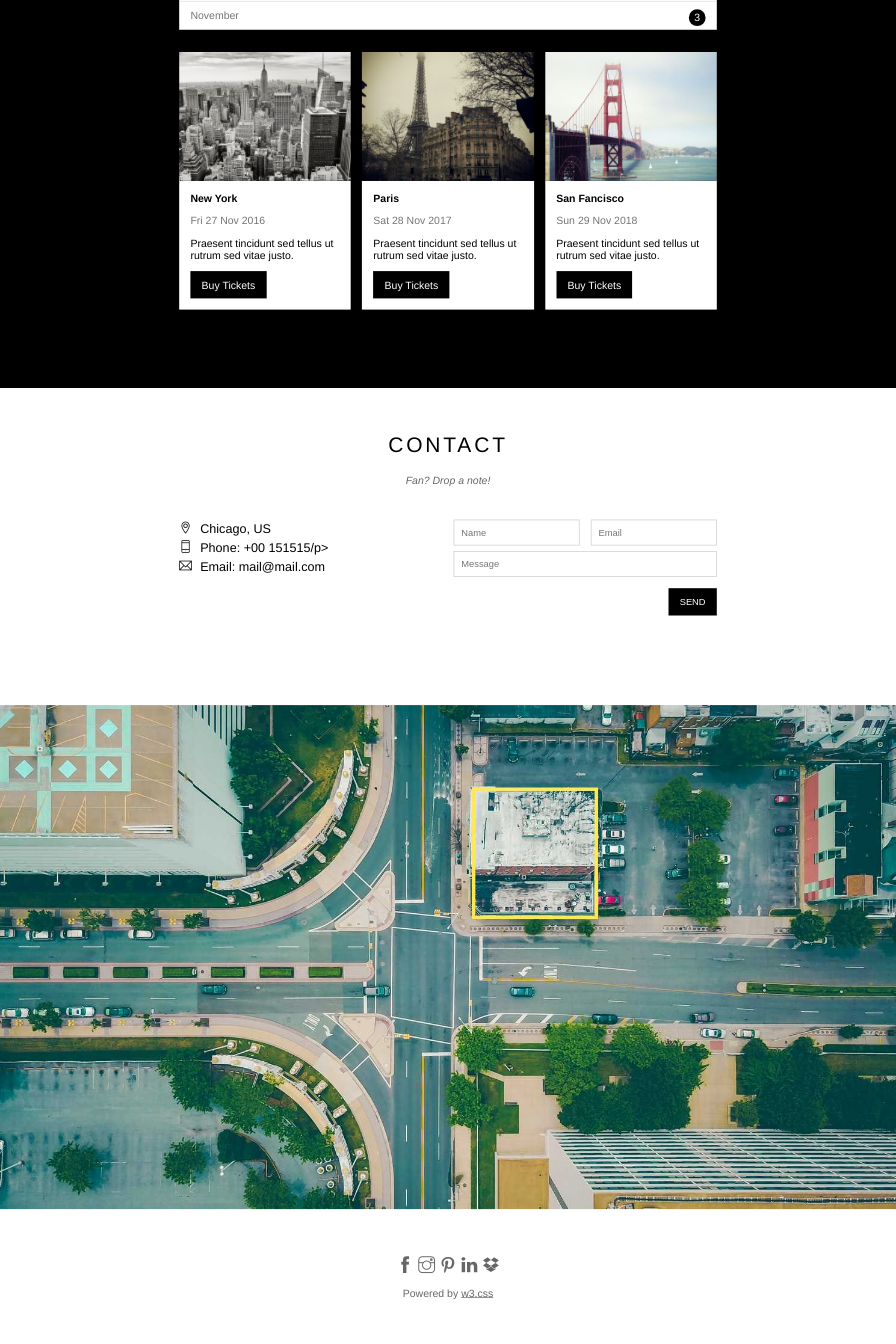
Repository: ThinhTran2k/BigBang-Band-Website
Page: index.html
These files come from the project's save history. The page is drawn as it stood at one moment and after the next save; the edit follows.
The browser window is 1280 px wide. The pictures show the part of the page from y = 1725 to 3645 px (the page is 3645 px tall before and 3621 px after), at 70% of full size.

Above is the page before, as saved 2021-03-16 18:30:54.
Console error: TypeError: Cannot set properties of undefined (setting 'onclick')

### index.html
<!DOCTYPE html>
<html lang="en">
<head>
    <meta charset="UTF-8">
    <meta http-equiv="X-UA-Compatible" content="IE=edge">
    <meta name="viewport" content="width=device-width, initial-scale=1.0">
    <title>Brand</title>
    <link rel="icon" href="asset/img/favicon.png" type="image/x-icon" />
    <link rel="stylesheet" href="./asset/css/style.css">
    <link rel="stylesheet" href="./asset/css/responsive.css">
    <link rel="stylesheet" href="./asset/font/themify-icons/themify-icons.css">
</head>
<body>
    <div class="wrapper">
        <div class="header">
            <!-- Navigation -->
            <ul class="nav row-block">
                <li><a href="#">Home</a></li>
                <li><a href="#band">Band</a></li>
                <li><a href="#tour">Tour</a></li>
                <li><a href="#contact">Contact</a></li>
                <li>
                    <a href="#">
                        More
                        <i class="nav-arrow-icon ti-angle-down"></i>
                    </a>
                    <ul class="subnav">
                        <li><a href="#">Merchandise</a></li>
                        <li><a href="#">Extras</a></li>
                        <li><a href="#">Media</a></li>
                    </ul>
                </li>
            </ul>

            <!-- Search -->
            <div class="header__search">
                <i class="header__search-icon ti-search"> </i>
            </div>

            <div class="mobi-menu-responsive">
                <i class="menu-icon ti-menu"></i>
            </div>
        </div>

        <div class="slider">
            <div class="text-content">
                <h2 class="text-heading">New York</h2>
                <div class="text-description">The atmosphere in New York is lorem ipsum.</div>
            </div>
        </div>

        <div class="content" >
            <div class="content-section" id="band">
                <h2 class="section-heading">THE BAND</h2>
                <p class="section-subheading">We love music</p>
                <p class="about">We have created a fictional band website. Lorem ipsum dolor sit amet, consectetur adipiscing elit, sed do eiusmod tempor
                incididunt ut labore et dolore magna aliqua. Ut enim ad minim veniam, quis nostrud exercitation ullamco laboris nisi ut
                aliquip ex ea commodo consequat. Duis aute irure dolor in reprehenderit in voluptate velit esse cillum dolore eu fugiat
                nulla pariatur. Excepteur sint occaecat cupidatat non proident, sunt in culpa qui officia deserunt mollit anim id est
                laborum consectetur adipiscing elit, sed do eiusmod tempor incididunt ut labore et dolore magna aliqua. Ut enim ad minim
                veniam, quis nostrud exercitation ullamco laboris nisi ut aliquip ex ea commodo consequat.
                </p>

                <div class="row member-list member-list-resp">
                    <div class="member-item member-item-resp">
                        <p class="member-name">T.O.P</p>
                        <img src="./asset/img/T.O.P.jpg" alt="name" class="member-img">
                    </div>
                    <div class="member-item member-item-resp">
                        <p class="member-name">Taeyong</p>
                        <img src="./asset/img/Taeyong.jpg" alt="name" class="member-img">
                    </div>
                    <div class="member-item member-item-resp">
                        <p class="member-name">G-Dragon</p>
                        <img src="./asset/img/G-dragon.jpg" alt="name" class="member-img">
                    </div>
                    <div class="member-item member-item-resp">
                        <p class="member-name">Deasung</p>
                        <img src="./asset/img/Deasung.jpg" alt="name" class="member-img">
                    </div>
                    <div class="member-item member-item-resp">
                        <p class="member-name">Seungri</p>
                        <img src="./asset/img/Seung-hyun.png" alt="name" class="member-img">
                    </div>
                </div>
            </div>
            <div class="content-section--black" id="tour">
                <div class="content-section">
                    <h2 class="section-heading text-white">TOUR DATES</h2>
                    <p class="section-subheading text-white">Remember to book your tickets!</p>
                    <!-- Tickets -->
                    <ul class="tickets-list">
                        <li>September <span class="sold-out">Sold out</span></li>
                        <li>October <span class="sold-out">Sold out</span></li>
                        <li>November <span class="quantity">3</span></li>
                    </ul>
                    <!-- Places -->
                    <div class="row place-list row-block">
                        <div class="col col-third s-col-full mt-16">
                            <img src="./asset/img/newyork.jpg" alt="place" class="place-img">
                            <div class="place-content">
                                <h3 class="place-heading">New York</h3>
                                <p class="place-time">Fri 27 Nov 2016</p>
                                <p class="place-desc">Praesent tincidunt sed tellus ut rutrum sed vitae justo.</p>
                                <a href="#" class="place-buy-btn">Buy Tickets</a>
                            </div>
                        </div>
                        <div class="col col-third s-col-full mt-16">
                            <img src="./asset/img/paris.jpg" alt="place" class="place-img">
                            <div class="place-content">
                                <h3 class="place-heading">Paris</h3>
                                <p class="place-time">Sat 28 Nov 2017</p>
                                <p class="place-desc">Praesent tincidunt sed tellus ut rutrum sed vitae justo.</p>
                                <a href="#" class="place-buy-btn">Buy Tickets</a>
                            </div>
                        </div>
                        <div class="col col-third s-col-full mt-16">
                            <img src="./asset/img/sanfran.jpg" alt="place" class="place-img">
                            <div class="place-content">
                                <h3 class="place-heading">San Fancisco</h3>
                                <p class="place-time">Sun 29 Nov 2018</p>
                                <p class="place-desc">Praesent tincidunt sed tellus ut rutrum sed vitae justo.</p>
                                <a href="#" class="place-buy-btn">Buy Tickets</a>
                            </div>
                        </div>
                    </div>
                </div>
            </div>
            <div class="content-section" id="contact">
                <h2 class="section-heading">CONTACT</h2>
                <p class="section-subheading">Fan? Drop a note!</p>

                <div class="row contact-content row-block">
                    <div class="col col-half s-col-full contact-infor">
                        <p><i class="ti-location-pin"></i>Chicago, US</p>
                        <p><i class="ti-mobile"></i>Phone: +00 151515/p>
                        <p><i class="ti-email"></i>Email: mail@mail.com</p>
                    </div>
                    <div class="col col-half s-col-full contact-form">
                        <form action="">
                            <div class="row row-block">
                                <div class="col col-half s-col-full">
                                    <input type="text" name="" id="" class="form-control" required placeholder="Name">
                                </div>
                                <div class="col col-half s-col-full">
                                    <input type="email" name="" id="" class="form-control" required placeholder="Email">
                                </div>
                            </div>
                            <div class="row mt-8">
                                <div class="col col-full">
                                    <input type="text" name="" id="" class="form-control" required placeholder="Message">
                                </div>
                            </div>
                            <input type="submit" value="SEND" class="form-btn s-full-width">
                        </form>
                    </div>
                </div>
            </div>

            <div class="map-section" >
                <img src="./asset/img/map.jpg" alt="map">
            </div>
        </div>

        <div class="footer">
            <div class="social-list">
                <a href=""><i class="ti-facebook"></i></a>
                <a href=""><i class="ti-instagram"></i></a>
                <a href=""><i class="ti-pinterest"></i></a>
                <a href=""><i class="ti-linkedin"></i></a>
                <a href=""><i class="ti-twitter-alter"></i></a>
                <a href=""><i class="ti-dropbox-alt"></i></a>
            </div>
            <p class="copyright">Powered by <a href="#">w3.css</a></p>
        </div>
    </div>

    <script>
        // Tự động thay đổi kích thước khi chọn btn menu
        var headerE = document.querySelector('.header');
        var headerHeight = headerE.clientHeight;
        var menuE = document.querySelector('.mobi-menu-responsive');
        menuE.onclick = function () {
            var status = headerE.clientHeight == headerHeight;
            if(status){
                headerE.style.height = 'auto'
            }else{
                headerE.style.height = null;
            }
        }
        // Tự động đóng khi chọn menu
        var menuItems = document.querySelectorAll('ul li a[href*="#"]');
        for(var i = 0; i<= menuItems.length; i++){
            var menuItem = menuItems[i];

            menuItem.onclick = function (e) {
                var isParentMenu = this.nextElementSibling && this.nextElementSibling.classList.contains('subnav');
                if(isParentMenu){
                    e.preventDefault();
                }else{
                    headerE.style.height = null;
                }
            }
        }


    </script>
</body>
</html>

### asset/css/style.css
/* Reset CSS */
*{
    padding: 0;
    margin: 0;
    box-sizing: border-box;
}

html {
    scroll-behavior: smooth;
    font-family: Helvetica, Arial , sans-serif;
}

/* Common css */
.text-white {
    color: #fff !important;
}
.row {
    display: flex;
    justify-content: space-between;
    margin-left: -8px;
    margin-right: -8px;
}
.col {
    padding: 0 8px;
}
.col-third {
    width: 33.33%;
}
.col-half {
    width: 50%;
}
.col-full {
    width: 100%;
}
.mt-8 {
    margin-top: 8px;
}
.mt-16 {
    margin-top: 16px;
}
/* end */

/* Main */
.wrapper {

}

.header {
    position: fixed;
    top: 0;
    left: 0;
    right: 0;
    z-index: 1;
    height: 46px;
    background-color: #000;
}

.nav {
    display: inline-block;
}
.nav .subnav {
    display: none;
    position: absolute;
    top: 100%;
    left: 0;
    min-width: 160px;
    background-color: #fff;
    box-shadow: 0 0 10px rgba(0, 0, 0, 0.3);
}
.nav, .subnav {
    list-style: none;
}
.nav .subnav li:hover, .nav > li:hover > a {
    color: #000;
    background-color: #ccc;
}
.nav .subnav a {
    line-height: 38px;
    padding: 0 16px;
    color: #000;
}

.nav li:hover .subnav {
    display: block;
}
.nav > li {
    display: inline-block;
}
.nav > li > a {
    text-transform: uppercase;
    color: #fff;
}
.nav li{
    position: relative;
}
.nav li a {
    display: block;
    cursor: pointer;
    padding: 0 24px;
    line-height: 46px;
    text-decoration: none;
}
.nav-arrow-icon {
    font-size: 14px;
}

.mobi-menu-responsive {
    position: absolute;
    top: 0;
    right: 0;
}
.header .header__search,
.header .mobi-menu-responsive {
    display: none;
    float: right;
    padding: 0 21px;
    line-height: 46px;
}
.header .header__search:hover {
    cursor: pointer;
    background-color: #f44336;
}
.header .mobi-menu-responsive:hover {
    background-color: #ccc;
}
.header .menu-icon:hover {
    color: #000;
}
.header .menu-icon,
.header__search-icon {
    color: #fff;
    font-size: 20px;
}

.slider {
    position: relative;
    margin-top: 46px;
    padding-top: 50%;
    background-image: url('/asset/img/slider2.jpg');
    background-size: cover;
    background-repeat: no-repeat;
    background-position: top center;
}
.text-content {
    position: absolute;
    color: #fff;
    bottom: 48px;
    left: 50%;
    transform: translateX(-50%);
    text-align: center;
}
.text-heading {
    font-weight: 500;
}
.text-description {
    padding-top: 15px;
}


.content {

}
.content-section {
    width: 800px;
    max-width: 100%;
    margin: 0 auto;
    padding: 64px 16px 112px;
}
.section-heading {
    font-weight: 500;
    font-size: 30px;
    text-align: center;
    letter-spacing: 4px;
}
.section-subheading {
    font-size: 15px;
    text-align: center;
    margin-top: 25px;
    font-style: italic;
    opacity: 0.6;
}
.about {
    margin-top: 25px;
    font-size: 15px;
    text-align: justify;
    line-height: 1.5;
}
.member-list {
    margin-top: 38px;
    padding: 32px 0;
}
.member-item {
    display: flex;
    flex-direction: column;
    align-items: center;
    justify-content: center;
    width: 20%;
}
.member-item .member-name {
    margin-bottom: 15px;
}
.member-item .member-img {
    border-radius: 5px;
    width: 150px;
    object-fit: contain;
}
.content-section--black {
    background-color: #000;
}
.tickets-list {
    list-style: none;
    margin-top: 40px;
    background-color: #fff;
}
.tickets-list li {
    color: #757575;
    font-size: 15px;
    padding: 11px 16px;
    border-bottom: 1px solid #ddd;
}
.sold-out {
    background-color: #f44336;
    padding: 3px 4px;
    color: #fff;
    margin-left: 16px;
}
.quantity {
    float: right;
    width: 24px;
    height: 24px;
    line-height: 24px;
    text-align: center;
    border-radius: 50%;
    background-color: #000;
    color: #fff;
}
.place-list {
    margin-top: 16px;
}
.place-img {
    display: block;
    width: 100%;
}
.place-img:hover { opacity: 0.6;}
.place-content {
    font-size: 15px;
    padding: 16px;
    background-color: #fff;
}
.place-heading {
    font-size: 15px;
    font-weight: 600;
}
.place-time {
    color: #757575;
    margin-top: 15px;
}
.place-desc {
    margin-top: 15px;
}
.place-buy-btn {
    display: inline-block;
    color: #fff;
    background-color: #000;
    padding: 11px 16px;
    margin-top: 15px;
    text-decoration: none;
}
.place-buy-btn:hover {color: #000; background-color: #ccc;}
/* Contact Form */
.contact-content {
    margin-top: 48px;
}
.contact-infor {
    font-size: 18px;
    line-height: 1.5;
}
.contact-infor i[class*="ti-"] { width: 30px; display: inline-block;}
.contact-form {
    font-size: 15px;
}
.form-control {
    padding: 10px;
    border: 1px solid #ccc;
    width: 100%;
}

.form-btn {
    display: block;
    margin-left: auto;
    margin-top: 16px;
    margin-bottom: 16px;
    padding: 12px 16px;
    /* text-align: center; */
    border:none;
    color: #fff;
    background-color: #000;
}
.form-btn:hover { background-color: #ccc; cursor: pointer;color: #000;}
/* Map */
.map-section img {
    width: 100%;
}

.footer {
    padding: 64px 16px;
    text-align: center;
}
.footer .social-list {
    font-size: 24px;
}
.footer .social-list a {text-decoration: none; color: rgba(0, 0, 0, 0.6);}
.footer .social-list a:hover ,.footer .copyright a:hover { color: rgba(0, 0, 0, 0.4);}
.footer .copyright {
    margin-top: 15px;
    font-size: 15px;
    color: rgba(0, 0, 0, 0.6);
}
.footer .copyright a {
    color: rgba(0, 0, 0, 0.6);
}

### asset/css/responsive.css
/* Mobile */
@media (max-width: 740px) {
    .header .header__search {
        display: none;
    }
    .header .mobi-menu-responsive {
        display: block;
    }
    .header {
        overflow: hidden;
    }
    .nav > li {
        display: block;
    }
    .nav .subnav {
        position: initial;
        background-color: #333;
    }
    .nav .subnav a {
        color: #fff;
        padding: 5px 40px;
    }
    .nav > li:first-child {
        display: inline-block;
    }
    .member-list-resp {
        display: block;
        margin-top: 0;
    }
    .member-item-resp {
        padding-top: 35px;
        width: 100%;
    }
    .member-item .member-img {
        width: 60%;
    }
    .s-full-width,
    .s-col-full {
        width: 100%;
    }
    .place-img {
        height: 60%;
    }
    .row-block {
        display: block;
    }
    .contact-form {
        margin-top: 16px;
    }
}

Loaded but not shown: asset/font/themify-icons/themify-icons.css (common file)

After the next save:
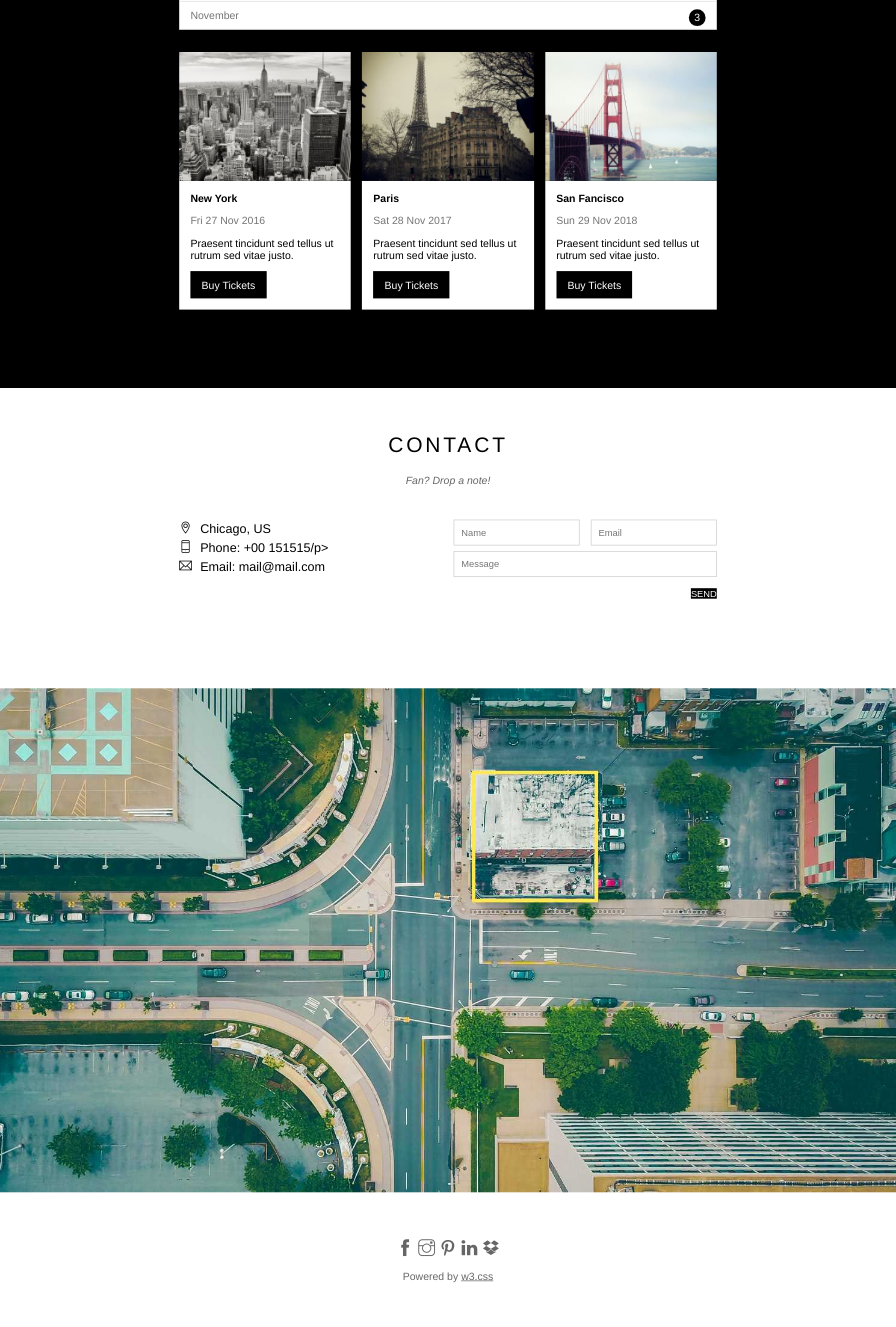
Saved 9 s later.
--- a/asset/css/style.css
+++ b/asset/css/style.css
@@ -290,8 +290,6 @@
     margin-left: auto;
     margin-top: 16px;
     margin-bottom: 16px;
-    padding: 12px 16px;
-    /* text-align: center; */
     border:none;
     color: #fff;
     background-color: #000;
